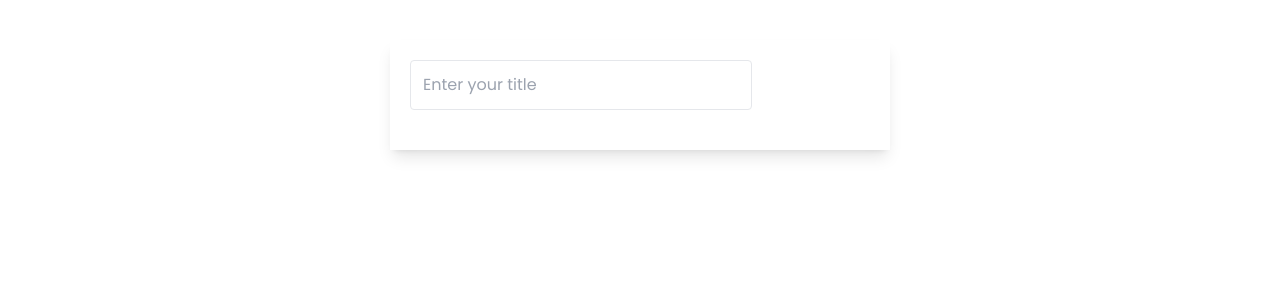
Repository: ThanhPhongsof/React-Course
Page: /
These files come from the project's save history. The page is drawn as it stood at one moment and after the next save; the edit follows.
The browser window is 1280 px wide. The pictures show the whole page.
The page's requests for data from a server got no answer. The project was rebuilt for these pictures with package versions that can differ from the ones it lists, and the page was loaded fresh each time. No one was signed in, and anything a server would have sent is missing.

Above is the page before, as saved 2022-04-27 16:53:35.

After the next save:
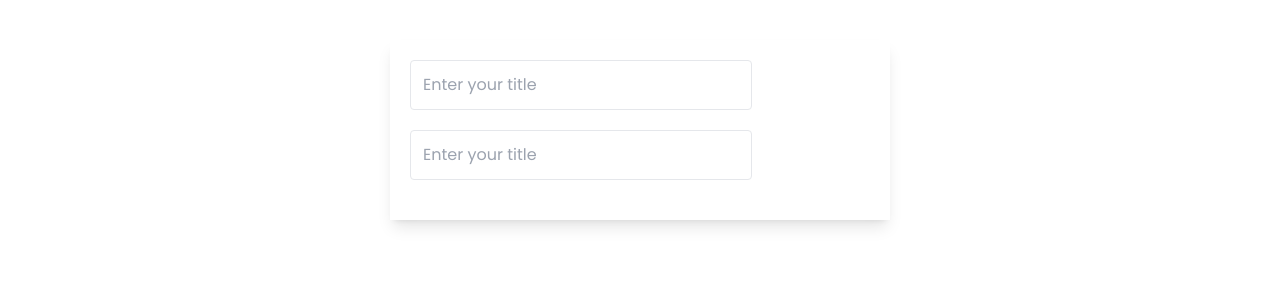
Saved 8 s later.
--- a/src/firebase/FirebaseApp.js
+++ b/src/firebase/FirebaseApp.js
@@ -32,6 +32,11 @@ const FirebaseApp = () => {
             className="p-3 mb-5 border border-gray-200 rounded outline-none focus:border-blue-500"
             placeholder="Enter your title"
           />
+          <input
+            type="text"
+            className="p-3 mb-5 border border-gray-200 rounded outline-none focus:border-blue-500"
+            placeholder="Enter your title"
+          />
         </form>
       </div>
     </div>
